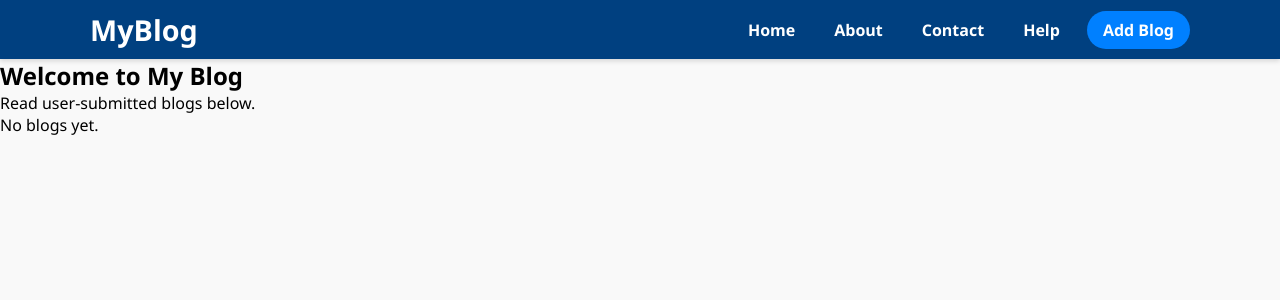
Repository: ankitg-02/FLASK
Page: http://localhost/
The author's editor kept a copy of each file at every save. The page is drawn from the files as they stood at one save, then again after the next save.
The browser window is 1280 px wide. The pictures show the whole page.
The page is served by the project's application, run on Flask 3 (app.py).

Above is the page before, as saved 2025-05-19 13:23:13.

After the next save:
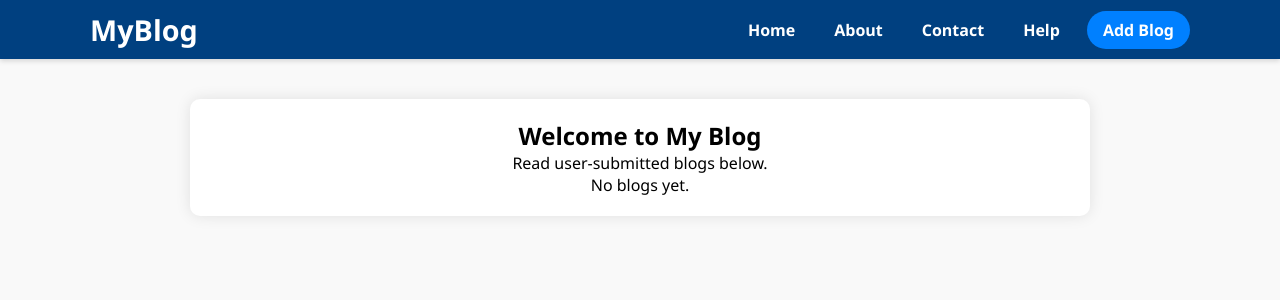
Saved 108 s later.
--- a/Project2/static/css/style.css
+++ b/Project2/static/css/style.css
@@ -4,6 +4,17 @@
   padding: 0;
   box-sizing: border-box;
 }
+
+main {
+  max-width: 900px;        /* limit content width */
+  margin: 40px auto;       /* center horizontally with some vertical spacing */
+  padding: 20px;
+  text-align: center;      /* center all text inside main */
+  background-color: #fff;  /* optional: white background for contrast */
+  border-radius: 10px;     /* optional: rounded corners */
+  box-shadow: 0 0 15px rgba(0,0,0,0.1);  /* subtle shadow */
+}
+
 
 body {
   font-family: 'Segoe UI', Tahoma, Geneva, Verdana, sans-serif;
